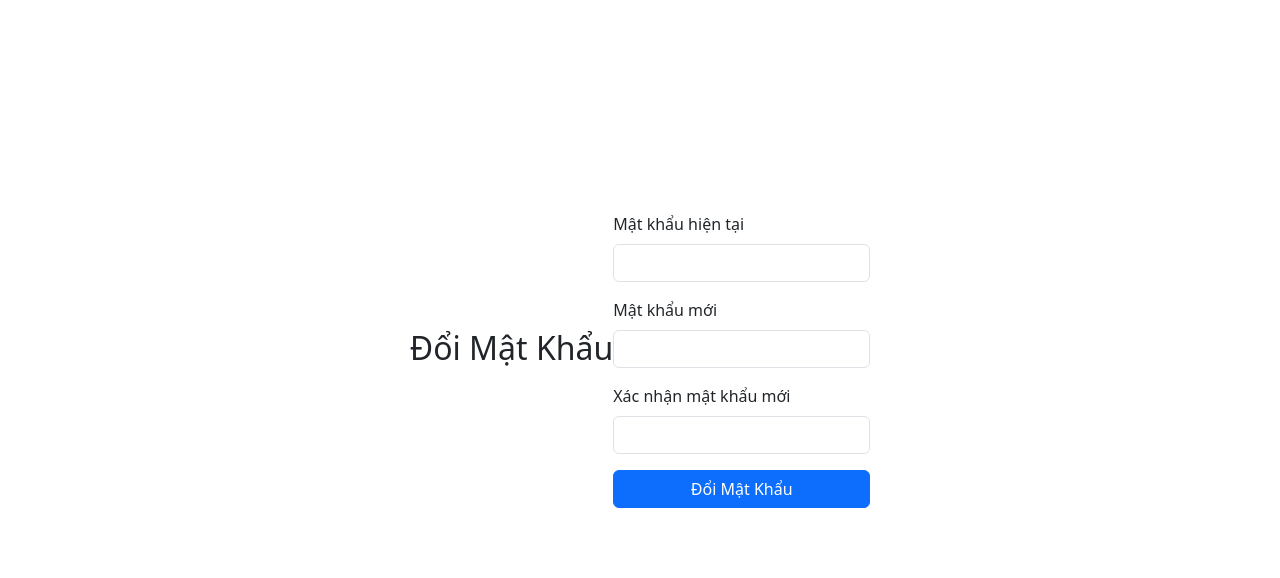
Repository: manhtdxxx/Tour-Booking-Webapp
Page: http://localhost/bookingTour/changepassword.jsp
These files come from the project's save history. The page is drawn as it stood at one moment and after the next save; the edit follows.
The browser window is 1280 px wide. The pictures show the whole page.
The page is served by Tomcat 9.

Above is the page before, as saved 2024-11-10 15:59:31.

After the next save:
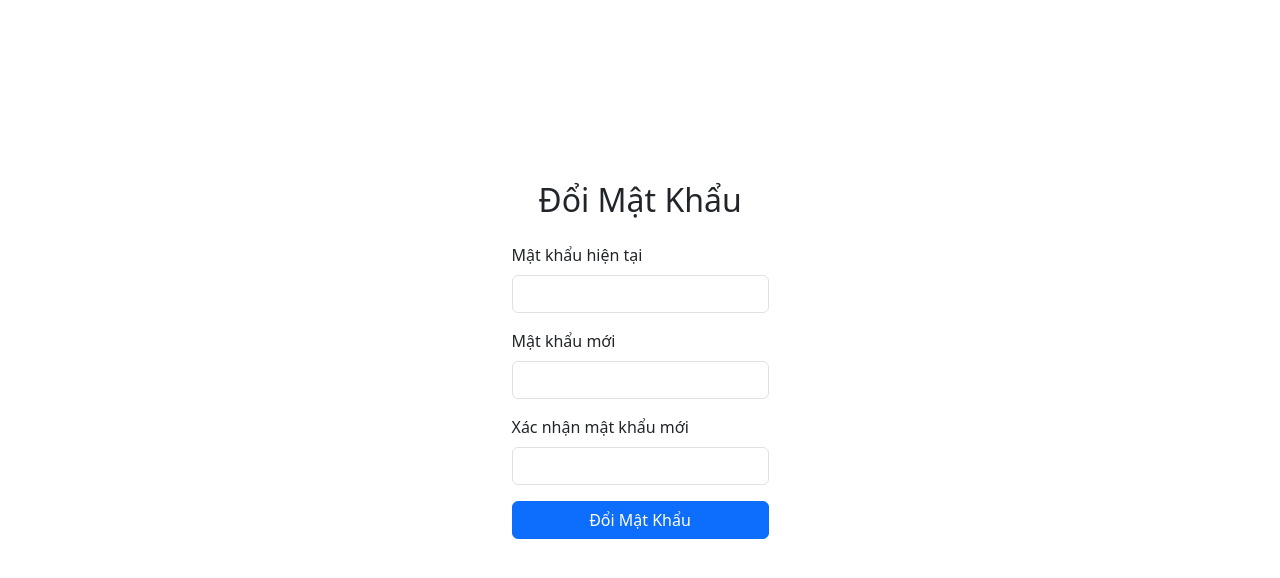
Saved 8 s later.
--- a/bookingTour/src/main/webapp/changepassword.jsp
+++ b/bookingTour/src/main/webapp/changepassword.jsp
@@ -11,9 +11,9 @@
 </head>
 
 <body class="d-flex align-items-center justify-content-center vh-100">
+	<div>
+	<h2 class="text-center mb-4">Đổi Mật Khẩu</h2>
 	<div></div>
-	<h2 class="text-center mb-4">Đổi Mật Khẩu</h2>
-
 	<form action="change-password" method="post">
 		<div class="mb-3">
 			<label for="currentPassword" class="form-label">Mật khẩu hiện tại</label> <input type="password"
